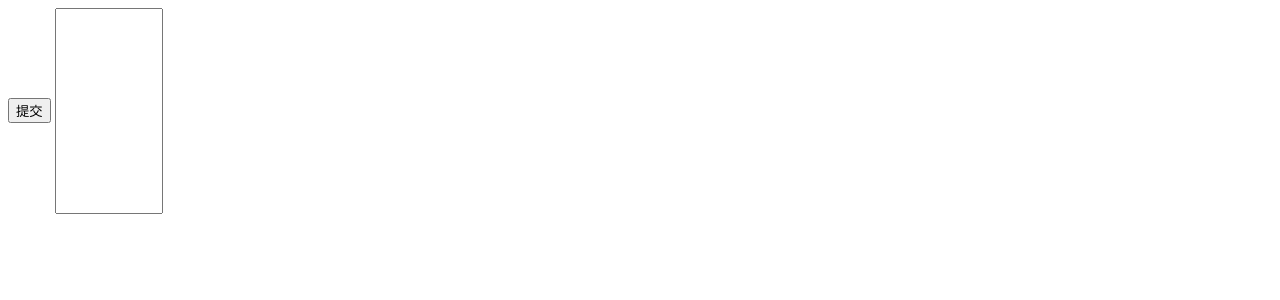
Repository: qiaogg/myweb_test
Page: index.html
These files come from the project's save history. The page is drawn as it stood at one moment and after a run of saves; the edit follows.
The browser window is 1280 px wide. The pictures show the whole page.

Above is the page before, as saved 2020-06-10 18:33:51.

After the next 2 saves:
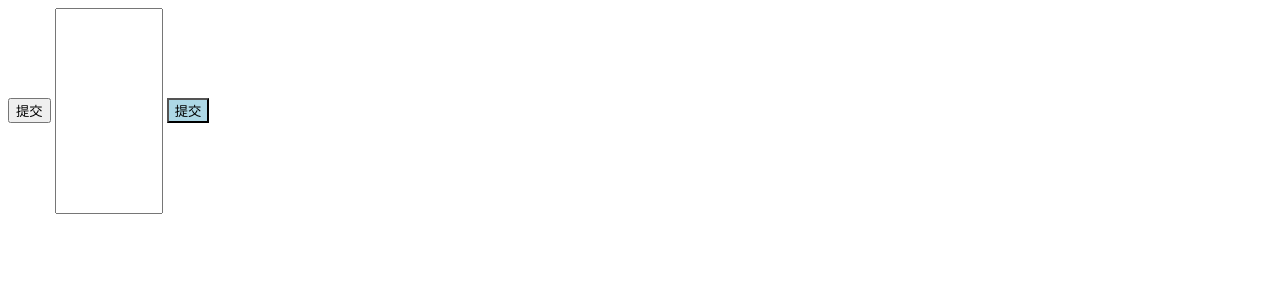
The 2 saves are shown as one change because they came seconds apart.
The last was saved 23 s later.
--- a/index.html
+++ b/index.html
@@ -11,5 +11,6 @@
 <body>
     <button onclick="myfunction()">提交</button>
     <input type="text" class="main">
+    <button class="button1">提交</button>
 </body>
 </html>
